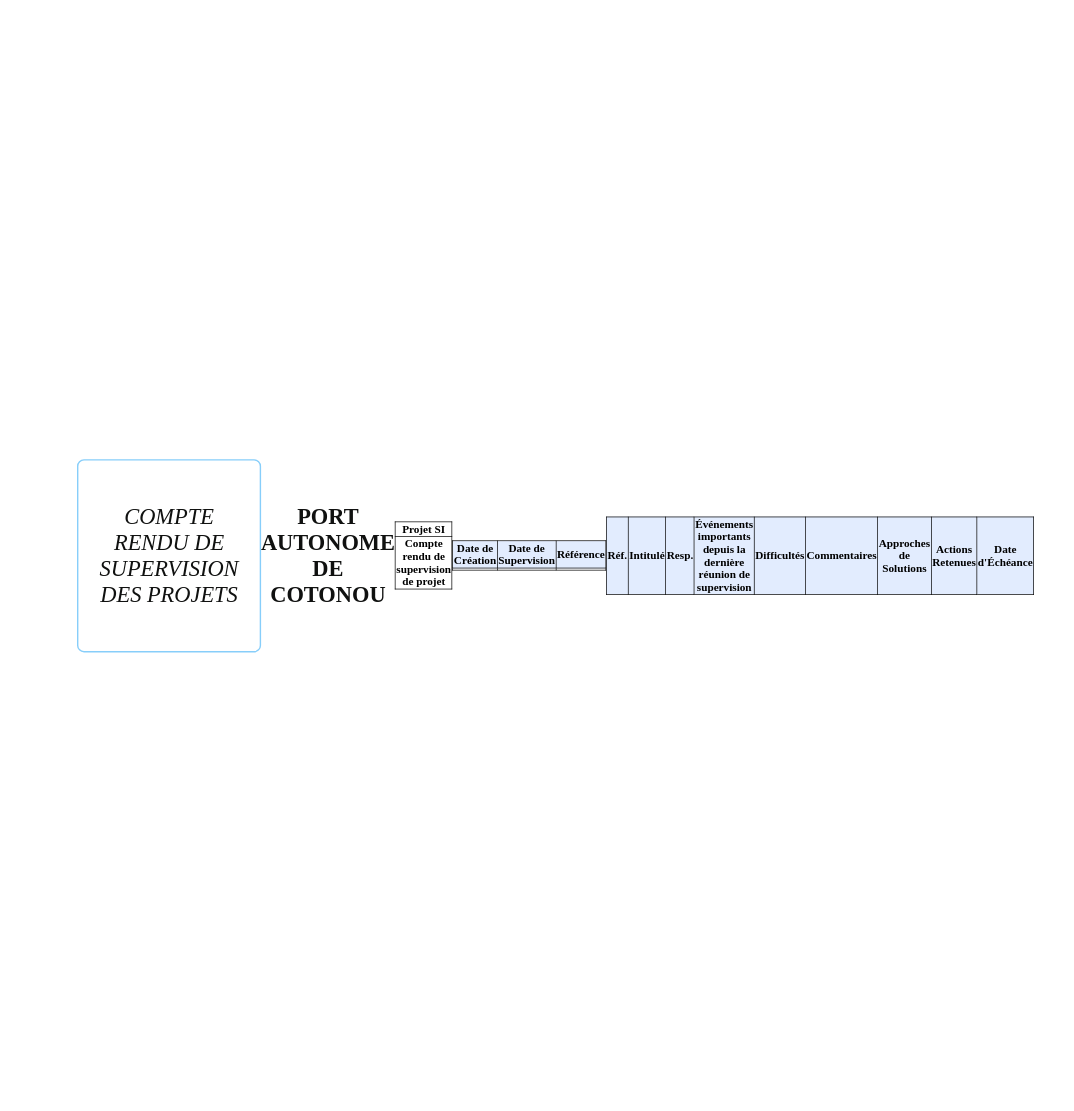
Repository: A2blackMZ/Project
Page: resources/views/report/seanceReport.blade.php
These files come from the project's save history. The page is drawn as it stood at one moment and after the next save; the edit follows.
The browser window is 1280 px wide. The page is 1477 px wide, then 1534 px, so the pictures cover 1534 px, including what lies to the right of the window. The pictures show the whole page, at 70% of full size.
The page is served by the project's Laravel application, run on PHP 8.4 with Laravel 10. Other server files are loaded and not shown. The template is opened directly, without the code that normally fills it, so the values that code supplies are empty.

Above is the page before, as saved 2024-04-04 10:15:53.

### app/Http/Controllers/API/AuthController.php
<?php

namespace App\Http\Controllers\API;

use App\Http\Controllers\Controller;
use Illuminate\Http\Request;
use Illuminate\Support\Facades\Hash;
use Illuminate\Support\Facades\Auth;
use App\Models\User;

class AuthController extends Controller
{
    public function register(Request $request)
    {
        // Validez les données du formulaire d'inscription
        $request->validate([
            'name' => 'required|string',
            'email' => 'required|email|unique:users',
            'password' => 'required|string|min:8',
        ]);

        // Créez un nouvel utilisateur
        $user = new User([
            'name' => $request->input('name'),
            'email' => $request->input('email'),
            'password' => Hash::make($request->input('password')),
        ]);

        // Enregistrez l'utilisateur dans la base de données
        $user->save();

        // Générez un jeton d'accès pour l'utilisateur nouvellement inscrit
        $token = $user->createToken('MyAppToken')->accessToken;

        // Réponse avec le jeton d'accès et les informations de l'utilisateur
        return response()->json([
            'message' => 'Inscription réussie',
            'user' => $user,
            'access_token' => $token,
        ], 201); // Code de réponse 201 pour la création réussie
    }


    public function login(Request $request)
    {
        // Validez les données de connexion
        $request->validate([
            'email' => 'required|email',
            'password' => 'required|string',
        ]);

        // Tentez de connecter l'utilisateur
        if (Auth::attempt(['email' => $request->input('email'), 'password' => $request->input('password')])) {
            // Authentification réussie, générez un jeton d'accès pour l'utilisateur
            $user = Auth::user();
            $token = $user->createToken('MyAppToken')->accessToken;

            // Réponse avec le jeton d'accès et les informations de l'utilisateur
            return response()->json([
                'message' => 'Authentification réussie',
                'user' => $user,
                'access_token' => $token,
            ], 200); // Code de réponse 200 pour la réussite de l'authentification
        } else {
            // Échec de l'authentification
            return response()->json([
                'message' => 'Échec de l\'authentification',
            ], 401); // Code de réponse 401 pour l'échec de l'authentification
        }
    }

    public function user(Request $request)
    {
        return $request->user();
    }

    public function logout()
    {
        Auth::user()->tokens->each(function ($token, $key) {
            $token->delete();
        });

        return response()->json(['message' => 'Déconnexion réussie']);
    }

    public function getUser()
    {
        $user = Auth::user();

        return response()->json(['user' => $user]);
    }

    public function getUserInfo(Request $request)
    {
        $user = $request->user(); // Récupérez l'utilisateur à partir du jeton d'accès
        $userInfo = [
            'id' => $user->id,
            'name' => $user->name,
        ];

        return response()->json($userInfo);
    }
}

### routes/web.php
<?php

use App\Http\Controllers\SeanceController;
use Illuminate\Support\Facades\Route;

/*
|--------------------------------------------------------------------------
| Web Routes
|--------------------------------------------------------------------------
|
| Here is where you can register web routes for your application. These
| routes are loaded by the RouteServiceProvider and all of them will
| be assigned to the "web" middleware group. Make something great!
|
*/

Route::get('/', function () {
   return 'Je m\'appelle Shadrac';
    // return view('welcome');
});














Route::get('generate_pdf/{seanceId}', [SeanceController::class, 'generatePDF']);

Route::post('seances/{id}/generate-report', [SeanceController::class, 'generateReport']);

### resources/views/report/seanceReport.blade.php
<!DOCTYPE html>
<html lang="en">
<head>
    <meta charset="UTF-8">
    <title>Report de Séance</title>
    <style>
        .title-page {
            margin: 0;
            font-size: 2em; /* Taille du titre */
            text-align: center;
            color: #101110;
        }

        table {
            width: 100%;
            border-collapse: collapse;
        }
        table, th, td {
            border: 1px solid black;
        }
        th, td {
            border: 1px solid black;
            text-align: center;
        }
        th {
            background-color: #e2ecfe;
            font-weight: bold;
        }
        h1 {
            text-align: center;
            color: #101110;
        }

        body {
            margin: 0;
            display: flex;
            justify-content: center;
            align-items: center;
            height: 100vh;
            width: 350mm; /* Largeur A3 */
            height: 420mm; /* Hauteur A3 */
        }

        .card {
            width: 350px;
            padding: 30px;
            background-color: #ffffff;
            border: 2px solid #87CEFA;
            border-radius: 10px;
            margin-bottom: 350px;
            margin-top: 350px;
            margin-left: 20%;
        }


    </style>
</head>
<body>
    <div class="card">
        <div class="title-page">
            <p><em>COMPTE RENDU DE SUPERVISION DES PROJETS</em></p>
        </div>
    </div>

    <br><br>

    <h1>PORT AUTONOME DE COTONOU</h1>
    <br><br>
    <table>
        <tr color: #101110;>
            <td><strong>Projet SI</strong></td>
        </tr>
        <tr>
            <td><strong>Compte rendu de supervision de projet</strong></td>
        </tr>
    </table>

    <br><br>
    <table>
        <tr>
            <th>Date de Création</th>
            <th>Date de Supervision</th>
            <th>Référence</th>
        </tr>
        <tr>
            <td>{{ $seance->date_creation }}</td>
            <td>{{ $seance->date_supervision }}</td>
            <td>{{ $seance->reference }}</td>
        </tr>
    </table>

    <br><br>
    <table>
        <thead>
            <tr>
                <th>Réf.</th>
                <th>Intitulé</th>
                <th>Resp.</th>
                <th>Événements importants depuis la dernière réunion de supervision</th>
                <th>Difficultés</th>
                <th>Commentaires</th>
                <th>Approches de Solutions</th>
                <th>Actions Retenues</th>
                <th>Date d'Échéance</th>
            </tr>
        </thead>
        <tbody>
            @foreach($compteRendus as $index => $compteRendu)
                <tr>
                    @if ($index === 0)
                        <td rowspan="{{ count($compteRendus) }}">{{ $seance->reference }}</td>
                    @endif
                    <td>{{ $projets[$index]->nom }}</td>
                    <td>{{ $seance->nom_chef_projet }}</td>
                    <td>{!! $compteRendu->evenement !!}</td>
                    <td>{!! $compteRendu->difficultes !!}</td>
                    <td>{!! $compteRendu->commentaires !!}</td>
                    <td>{!! $compteRendu->approche_solution !!}</td>
                    <td>{!! $compteRendu->action_retenu !!}</td>
                    <td>{{ $compteRendu->date }}</td>
                </tr>
            @endforeach
        </tbody>
    </table>

</body>
</html>

Loaded but not shown: app/Http/Controllers/Controller.php (common file)

After the next save:
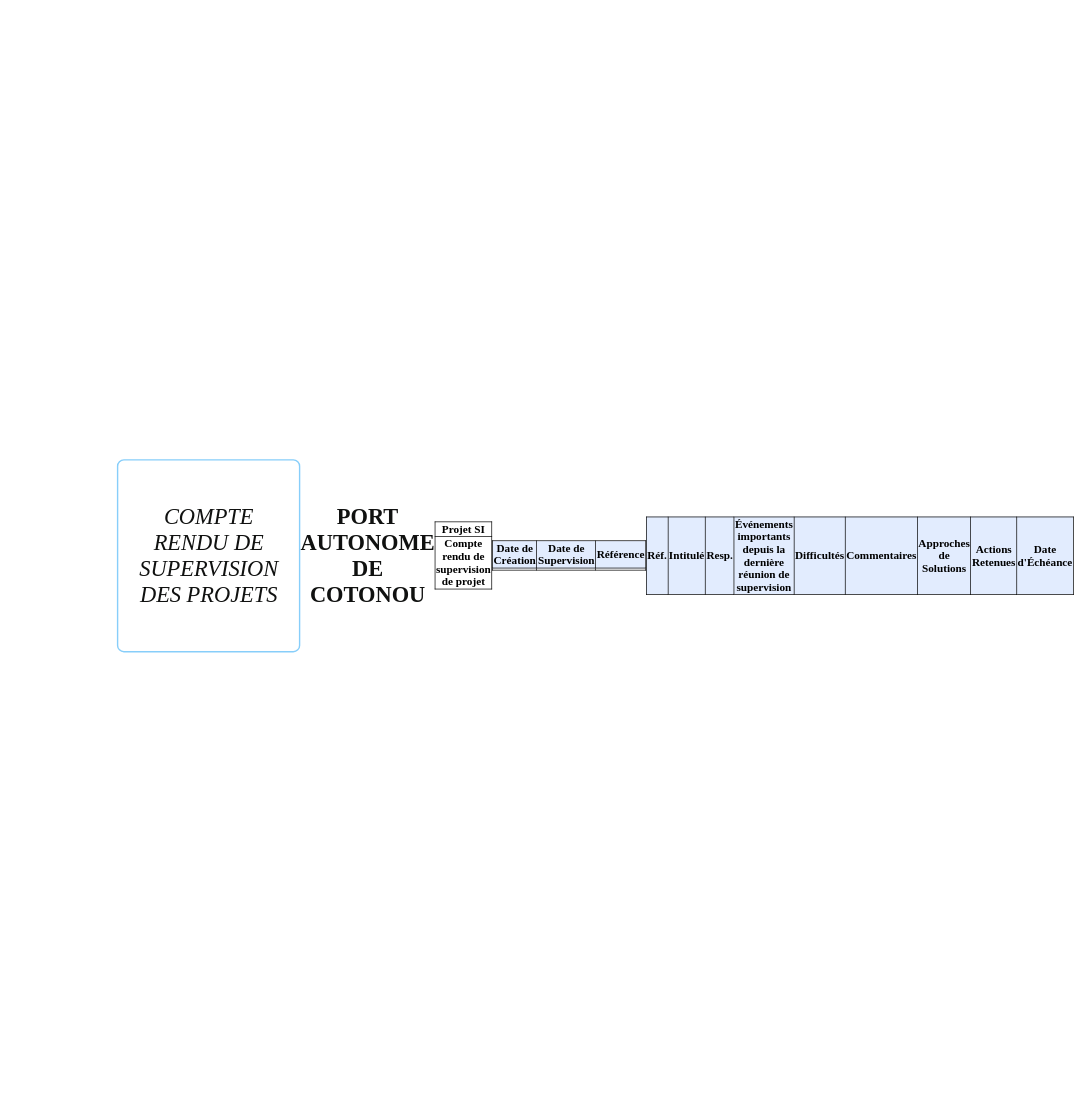
Saved 36 s later.
--- a/resources/views/report/seanceReport.blade.php
+++ b/resources/views/report/seanceReport.blade.php
@@ -37,7 +37,7 @@
             justify-content: center;
             align-items: center;
             height: 100vh;
-            width: 350mm; /* Largeur A3 */
+            width: 375mm; /* Largeur A3 */
             height: 420mm; /* Hauteur A3 */
         }
 
